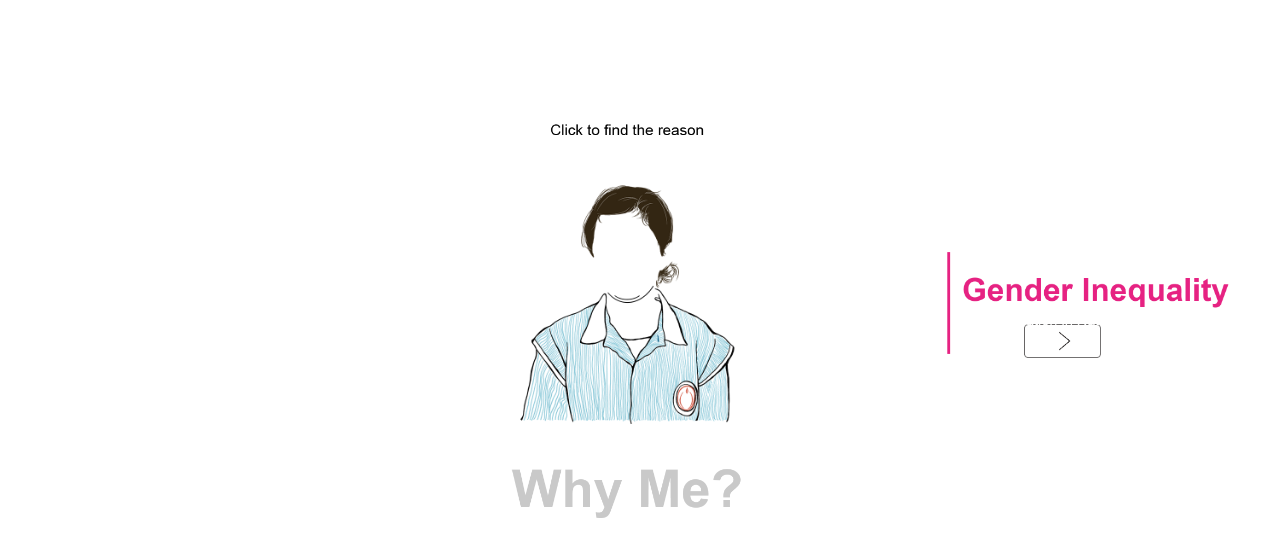
Repository: Lettie123/webpr4
Page: gen.html
An editor plug-in stored every save of this project. The page is shown before and after the next save, followed by the edit.
The browser window is 1280 px wide. The pictures show the whole page.

Above is the page before, as saved 2020-12-03 01:08:22.

### gen.html
<html>
    <head>
        <meta charset="UTF-8">
        <meta name="viewport" content="width=device-width,initial-scale=1" />
        <meta name="viewport" content="width=device-width,initial-scale=1.0,maximum-scale=1.0,user-scalable=no">
        <link rel="stylesheet" type="text/css" href="style06.css">

    </head>

    <body>

            <div id="t1" style= "width:12%; position:absolute; top: 17%; left: 43%;">
                <img src="txt/find.png" style="width:100% ;position:absolute; top:0%; left:0%;" >
            </div>

        <div>
        </div>
        <div id="whymegirl" style="width:20%; position:absolute; top:25%; left:0%;">
            <span>
                <img src="po/14.png" style="width:100% ;" >
            </span>
        </div>
        <div id="whyme"style="width:18%; position:absolute; top:69%; left:49%;">
            <span>
                <img src="txt/whyme0.png" style="width:100% ;" >
            </span>
        </div>
        <div id="chatb" style="display:none; width:27%; position:absolute; top:10%; left:7%;  ">
            <img src="reason/cbox.png" style="width:100%;" >
        </div>

        <div id="others" onclick="change3()" style="display: none; width: 13%; position: absolute; top: 66%; left:13%;">
            <img src="txt/others.png" style="width:100%;" >
        </div>
        <div id="begain" onclick="change0()" style="width:6%; position:absolute; top:45%; left:80%;">
            <img src="img/right.png" style="width:100%;">
        </div>


        <div id="block" style="display: none;">
            <span>
                <div id="r01" style="display: none;">
                <img src="reason/gen01.png" style="width:40% ;position:absolute; top:40%; left:13%;" >
                </div>
            </span>
        </div>
        <div id="blockb" style="display: none;"></div>
        <div id="block3">

        </div>
        <div id="TXT">
        <div id="txt1" style="position:absolute; top:10%; left:7.5%; width:26%; display:none;">
            <img src="txt/cgen01.png" style="width:100%;" >
        </div>
        <div id="txt2" style="position:absolute; top:10%; left:7.5%; width:14%; display:none;">
            <img src="txt/cgen02.png" style="width:100%;" >
        </div>
        <div id="txt3" style="position:absolute; top:10%; left:7.5%; width:26%; display:none;">
            <img src="txt/cgen03.png" style="width:100%;" >
        </div>
        </div>


        <div id="lmap" style="display:none;">
            <img src="pepic/lmap.png" style="width:18%; position:absolute; top:28%; left:50%;" >
        </div>

        <div id="gs" style="display:none;">
            <img src="pepic/girl1.png" style="width:13%; position:absolute; top:33%; left:50%;" >
        </div>
        <div id="gs1"  style="display:none;">
            <img src="pepic/girl.gif" style="width:13%; position:absolute; top:33%; left:50%;" >
        </div>


        <div id="block2" style="display:none; position:absolute; top:40%; left:75%; width:20%;">
            <img src="txt/leblaw.png" style="width:100%;" >
        </div>

        <div id="line1" style="display:none;"></div>

        <div id="why" onclick="change1()" style="display: none; width: 13%; position: absolute; top: 50%; left:13%;">
                <img src="txt/whybu.png" style="width:100%;" >
        </div>


        <div id="lmap2">
        </div>
        <div id="map"  style="display:none;">
            <!-- <img src="pepic/map.png" style="width:78%; position:absolute; top:-6%; left:0%;" >  -->
            <img src="map/01.png" style="width:9%; position:absolute; top:7.5%; left:3%;" >
            <img src="map/02.png" style="width:9%; position:absolute; top:7.5%; left:11%;">
            <img src="map/03.png" style="width:9%; position:absolute; top:7.5%; left:19%;">
            <img src="map/04.png" style="width:9%; position:absolute; top:7.5%; left:27%;">
            <img src="map/05.png" style="width:9%; position:absolute; top:7.5%; left:36%;">
            <img src="map/06.png" style="width:9%; position:absolute; top:7.5%; left:44%;">
            <img src="map/07.png" style="width:9%; position:absolute; top:7.5%; left:53%;">
            <img src="map/08.png" style="width:9%; position:absolute; top:32%; left:3%;">
            <img src="map/09.png" style="width:9%; position:absolute; top:32%; left:11%;">
            <img src="map/10.png" style="width:9%; position:absolute; top:32%; left:19%;">
            <img src="map/11.png" style="width:9%; position:absolute; top:32%; left:27%;">
            <img src="map/12.png" style="width:9%; position:absolute; top:32%; left:36%;">
            <img src="map/13.png" style="width:9%; position:absolute; top:32%; left:45%;">
            <img src="map/14.png" style="width:9%; position:absolute; top:32%; left:53%;">
            <img src="map/15.png" style="width:9%; position:absolute; top:55%; left:3%;">
            <img src="map/16.png" style="width:9%; position:absolute; top:55%; left:11%;">
            <img src="map/17.png" style="width:9%; position:absolute; top:55%; left:19%;">
            <img src="map/18.png" style="width:9%; position:absolute; top:55%; left:27%;">
            <img src="map/19.png" style="width:9%; position:absolute; top:55%; left:36%;">
            <img src="map/20.png" style="width:9%; position:absolute; top:55%; left:45%;">
            <img src="map/21.png" style="width:9%; position:absolute; top:55%; left:53%;">
            <img src="map/22.png" style="width:9%; position:absolute; top:78%; left:3%;">
            <img src="map/23.png" style="width:9%; position:absolute; top:78%; left:12%;">
            <img src="map/24.png" style="width:9%; position:absolute; top:77%; left:19%;">
            <img src="map/25.png" style="width:9%; position:absolute; top:78%; left:27%;">
        </div>


        <div id="bcross1" style="display:none;">
            <div id="cross01"
            onmouseenter="document.getElementById('info01').style.display='block';"
            onmouseout="document.getElementById('info01').style.display='none';">
            <img src="pepic/crossa.png" style="width:5%; position:absolute; top:10%; left:7%;" >
            </div>
            <div id="cross02"
            onmouseenter="document.getElementById('info02').style.display='block';"
            onmouseout="document.getElementById('info02').style.display='none';">
            <img src="pepic/crossa.png" style="width:5%; position:absolute; top:10%; left:19%;" >
            </div>
            <div id="cross03"
            onmouseenter="document.getElementById('info03').style.display='block';"
            onmouseout="document.getElementById('info03').style.display='none';">
                <img src="pepic/crossa.png" style="width:5%; position:absolute; top:10%; left:31%;" >
            </div>
            <div id="cross04"
            onmouseenter="document.getElementById('info04').style.display='block';"
            onmouseout="document.getElementById('info04').style.display='none';">
                <img src="pepic/crossa.png" style="width:5%; position:absolute; top:10%; left:43%;" >
            </div>
            <div id="cross05"
            onmouseenter="document.getElementById('info05').style.display='block';"
            onmouseout="document.getElementById('info05').style.display='none';">
                <img src="pepic/crossa.png" style="width:5%; position:absolute; top:10%; left:55%;" >
            </div>
            <div id="cross06"
            onmouseenter="document.getElementById('info06').style.display='block';"
            onmouseout="document.getElementById('info06').style.display='none';">
                <img src="pepic/crossa.png" style="width:5%; position:absolute; top:10%; left:67%;" >
            </div>
            <div id="cross07"
            onmouseenter="document.getElementById('info07').style.display='block';"
            onmouseout="document.getElementById('info07').style.display='none';">
                <img src="pepic/crossa.png" style="width:5%; position:absolute; top:10%; left:79%;" >
            </div>
            <div id="cross08"
            onmouseenter="document.getElementById('info08').style.display='block';"
            onmouseout="document.getElementById('info08').style.display='none';">
                <img src="pepic/crossa.png" style="width:5%; position:absolute; top:36%; left:7%;" >
            </div>
            <div id="cross09"
            onmouseenter="document.getElementById('info09').style.display='block';"
            onmouseout="document.getElementById('info09').style.display='none';">
                <img src="pepic/crossa.png" style="width:5%; position:absolute; top:36%; left:19%;" >
            </div>
            <div id="cross10"
            onmouseenter="document.getElementById('info10').style.display='block';"
            onmouseout="document.getElementById('info10').style.display='none';">
                <img src="pepic/crossa.png" style="width:5%; position:absolute; top:36%; left:31%;" >
            </div>
            <div id="cross11"
            onmouseenter="document.getElementById('info11').style.display='block';"
            onmouseout="document.getElementById('info11').style.display='none';">
                <img src="pepic/crossa.png" style="width:5%; position:absolute; top:36%; left:43%;" >
            </div>
            <div id="cross12"
            onmouseenter="document.getElementById('info12').style.display='block';"
            onmouseout="document.getElementById('info12').style.display='none';">
                <img src="pepic/crossa.png" style="width:5%; position:absolute; top:36%; left:55%;" >
            </div>
            <div id="cross13"
            onmouseenter="document.getElementById('info13').style.display='block';"
            onmouseout="document.getElementById('info13').style.display='none';">
                <img src="pepic/crossa.png" style="width:5%; position:absolute; top:36%; left:67%;" >
            </div>

            <div id="cross14"
            onmouseenter="document.getElementById('info14').style.display='block';"
            onmouseout="document.getElementById('info14').style.display='none';">
            <img src="pepic/crossa.png" style="width:5%; position:absolute; top:36%; left:79%;" >
            </div>

            <div id="cross15"
            onmouseenter="document.getElementById('info15').style.display='block';"
            onmouseout="document.getElementById('info15').style.display='none';">
                <img src="pepic/crossa.png" style="width:5%; position:absolute; top:59%; left:7%;" >
            </div>
            <div id="cross16"
            onmouseenter="document.getElementById('info16').style.display='block';"
            onmouseout="document.getElementById('info16').style.display='none';">
                <img src="pepic/crossa.png" style="width:5%; position:absolute; top:59%; left:19%;" >
            </div>
            <div id="cross17"
            onmouseenter="document.getElementById('info17').style.display='block';"
            onmouseout="document.getElementById('info17').style.display='none';">
                <img src="pepic/crossa.png" style="width:5%; position:absolute; top:59%; left:31%;" >
            </div>
            <div id="cross18"
            onmouseenter="document.getElementById('info18').style.display='block';"
            onmouseout="document.getElementById('info18').style.display='none';">
                <img src="pepic/crossa.png" style="width:5%; position:absolute; top:59%; left:43%;" >
            </div>
            <div id="cross19"
            onmouseenter="document.getElementById('info19').style.display='block';"
            onmouseout="document.getElementById('info19').style.display='none';">
                <img src="pepic/crossa.png" style="width:5%; position:absolute; top:59%; left:55%;" >
            </div>
            <div id="cross20"
            onmouseenter="document.getElementById('info20').style.display='block';"
            onmouseout="document.getElementById('info20').style.display='none';">
                <img src="pepic/crossa.png" style="width:5%; position:absolute; top:59%; left:67%;" >
            </div>
            <div id="cross21"
            onmouseenter="document.getElementById('info21').style.display='block';"
            onmouseout="document.getElementById('info21').style.display='none';">
                <img src="pepic/crossa.png" style="width:5%; position:absolute; top:59%; left:79%;" >
            </div>
            <div id="cross22"
            onmouseenter="document.getElementById('info22').style.display='block';"
            onmouseout="document.getElementById('info22').style.display='none';">
                <img src="pepic/crossa.png" style="width:5%; position:absolute; top:82%; left:7%;" >
            </div>
            <div id="cross23"
            onmouseenter="document.getElementById('info23').style.display='block';"
            onmouseout="document.getElementById('info23').style.display='none';">
                <img src="pepic/crossa.png" style="width:5%; position:absolute; top:82%; left:19%;" >
            </div>
            <div id="cross24"
            onmouseenter="document.getElementById('info24').style.display='block';"
            onmouseout="document.getElementById('info24').style.display='none';">
                <img src="pepic/crossa.png" style="width:5%; position:absolute; top:82%; left:31%;" >
            </div>
            <div id="cross25"
            onmouseenter="document.getElementById('info25').style.display='block';"
            onmouseout="document.getElementById('info25').style.display='none';">
                <img src="pepic/crossa.png" style="width:5%; position:absolute; top:82%; left:43%;" >
            </div>
        </div>



        <div id="info" >
            <div id="info01" style="width:18%;position:absolute; top:12%; left:8.6%; display:none;" >
                <img src="info/01.png" style="width:100%;" >
            </div>
            <div id="info02" style="width:18%; position:absolute; top:12%; left:17%; display:none;" >
                <img src="info/02.png" style="width:100%;" >
            </div>
            <div id="info03" style="width:18%; position:absolute; top:12%; left:25%; display:none;" >
                <img src="info/03.png" style="width:100%;" >
            </div>
            <div id="info04" style="width:18%; position:absolute; top:12%; left:33%; display:none;" >
                <img src="info/04.png" style="width:100%;" >
            </div>
            <div id="info05" style="width:18%; position:absolute; top:12%; left:42%; display:none;" >
                <img src="info/05.png" style="width:100%;" >
            </div>
            <div id="info06" style="width:18%; position:absolute; top:12%; left:50%; display:none;" >
                <img src="info/06.png" style="width:100%;" >
            </div>
            <div id="info07" style="width:18%; position:absolute; top:12%; left:58%; display:none;" >
                <img src="info/07.png" style="width:100%;" >
            </div>
            <div id="info08" style="width:18%; position:absolute; top:38%; left:8.6%;display:none;" >
                <img src="info/08.png" style="width:100%;" >
            </div>
            <div id="info09" style="width:18%; position:absolute; top:38%; left:17%; display:none;" >
                <img src="info/09.png" style="width:100%;" >
            </div>
            <div id="info10" style="width:18%; position:absolute; top:38%; left:25%; display:none;" >
                <img src="info/10.png" style="width:100%;" >
            </div>
            <div id="info11" style="width:18%; position:absolute; top:38%; left:33%; display:none;" >
                <img src="info/11.png" style="width:100%;" >
            </div>
            <div id="info12" style="width:18%; position:absolute; top:38%; left:42%; display:none;" >
                <img src="info/12.png" style="width:100%;" >
            </div>
            <div id="info13" style="width:18%; position:absolute; top:38%; left:50%; display:none;" >
                <img src="info/13.png" style="width:100%;" >
            </div>
            <div id="info14" style="width:18%; position:absolute; top:38%; left:58%; display:none;" >
                <img src="info/14.png" style="width:100%;" >
            </div>
            <div id="info15" style="width:18%; position:absolute; top:61%; left:8.6%; display:none;" >
                <img src="info/15.png" style="width:100%;" >
            </div>
            <div id="info16" style="width:18%; position:absolute; top:61%; left:17%; display:none;" >
                <img src="info/16.png" style="width:100%;" >
            </div>
            <div id="info17" style="width:18%; position:absolute; top:61%; left:25%; display:none;" >
                <img src="info/17.png" style="width:100%;" >
            </div>
            <div id="info18" style="width:18%; position:absolute; top:61%; left:33%; display:none;" >
                <img src="info/18.png" style="width:100%;" >
            </div>
            <div id="info19" style="width:18%; position:absolute; top:61%; left:41%; display:none;" >
                <img src="info/19.png" style="width:100%;" >
            </div>
            <div id="info20" style="width:18%; position:absolute; top:61%; left:49%; display:none;" >
                <img src="info/20.png" style="width:100%;" >
            </div>
            <div id="info21" style="width:18%; position:absolute; top:61%; left:57%; display:none;" >
                <img src="info/21.png" style="width:100%;" >
            </div>
            <div id="info22" style="width:18%; position:absolute; top:84%; left:8.6%;display:none;" >
                <img src="info/22.png" style="width:100%;" >
            </div>
            <div id="info23" style="width:18%;  position:absolute; top:84%; left:17%; display:none;" >
                <img src="info/23.png" style="width:100%;" >
            </div>
            <div id="info24" style="width:18%; position:absolute; top:84%; left:25%; display:none;" >
                <img src="info/24.png" style="width:100%;" >
            </div>
            <div id="info25" style="width:18%; position:absolute; top:84%; left:33%; display:none;" >
                <img src="info/25.png" style="width:100%;" >
            </div>
        </div>

        <div id="gens01" style="width: 22%; position:absolute; top:13%; left:74%">
            <img src="txt/gens01.png" style="width:100%;" >
        </div>
        <div id="gens02" style="width: 22%; position:absolute; top:35%; left:74%">
            <img src="txt/gens0.png" style="width:100%;" >
        </div>

        <div id="gender01" style="display:none; width:30%; height:100%; top:45%; left:80%;" >

            <h2 style="font-size:16px; font-weight:normal; line-height: 20px; color: #ffffff; position:absolute; top:42%; left:16%; text-align: justify; ">
                Dincrimination in National laws
            </h2>
            <h3 style="font-size:16px; font-weight:normal; line-height: 24px; color: #ffffff; position:absolute; top:60%; left:15%; text-align: justify;  ">
                Discrimination on gender in nationality laws means not granting women equality with men in conferring nationality to their children.
            </h3>

            <h4 style="font-size:16px; font-style:italic;font-weight:normal; line-height: 24px; color: #ffffff; position:absolute; top:75%; left:15%; text-align: justify;  ">
                Hover on the maps to see the detail.
            </h4>
        </div>


        <div id="gender01b" style="display:none;" >
            <div id="line02"></div>
            <h1 style="font-size:36px; font-weight:bold; line-height: 20px; color: #E62281; position:absolute; top:34%; left:15%; ">
                Gender Inequality
            </h1>
            <h2 style="font-size:16px; font-weight:normal; line-height: 20px; color: #ffffff; position:absolute; top:42%; left:16%; text-align: justify; ">
                Dincrimination in National laws
            </h2>
            <h3 style="font-size:16px; font-weight:normal; line-height: 24px; color: #ffffff; position:absolute; top:60%; left:15%; text-align: justify;  ">
                Discrimination on gender in nationality laws means not granting women equality with men in conferring nationality to their children.
            </h3>
            <h4 style="font-size:16px; font-weight:normal; line-height: 24px; color: #ffffff; position:absolute; top:13%; left:15%; text-align: justify;  ">
                <span>25</span> countries have unequal national laws about conferring nationality.
            </h4>
            <h4 style="font-size:16px; font-style:italic;font-weight:normal; line-height: 24px; color: #ffffff; position:absolute; top:75%; left:15%; text-align: justify;  ">
                Hover on the maps to see the detail.
            </h4>
        </div>

        <div id="gender02"  style="display: none;" >
            <div id="line02"></div>
            <h1 style="font-size:30px; font-weight:bold; line-height: 20px; color: #E62281; position:absolute; top:34%; left:15%; ">
                Born Stateless Baby
            </h1>
            <h2 style="font-size:16px; font-weight:normal; line-height: 20px; color: #ffffff; position:absolute; top:42%; left:16%; text-align: justify; ">
                The gender inequality is the main cause of  born  stateless baby.
            </h2>
            <h3 style="font-size:16px; font-weight:normal; line-height: 24px; color: #ffffff; position:absolute; top:60%; left:15%; text-align: justify;  ">
                Over <span>7,000</span>stateless children born in the 20 major reported countries each year. A child born stateless every 10 minutes in the world.
            </h3>
            <h4 style="font-size:16px; font-weight:normal; line-height: 24px; color: #ffffff; position:absolute; top:13%; left:15%; text-align: justify;  ">
                <span>48%</span> of the stateless people were children in 2019
            </h4>
        </div>
            <div id="line1b" style="display: none;"></div>

            <div id="result"  style="display:none;"  onclick="change4()">
            <div style="position: absolute; top:18%; left:21%; width:260px; color:white"> Results?</div>
            <img src="img/down1.png" style="width:6%;position: absolute; top:32%; left:60% " >
            </div>

            <div id="children"  style="display:none;" >
                <img src="pepic/children.png" style="width:40%;" >
            </div>

            <div id="next"   style="display:none;" onclick="change5()">
            <div style="position: absolute; top:18%; left:30%; width:260px; color:white"> Next?</div>
            <img src="img/down1.png" style="width:6%;position: absolute; top:32%; left:60% " >
            </div>

            <!-- <div id="begain" onclick="change0()" >
                <img src="pepic/begain.png" style="width:20%; position: absolute; top:23%; left:60%;">
            </div>  -->

        <script>
            function change5(){
            window.location.href="dis.html";
            }
            function change4(){
            document.getElementById("map").style.display="none";
            document.getElementById("bcross1").style.display="none";
            document.getElementById("line1").style.display="none";
            document.getElementById("children").style.display="block";
            document.getElementById("gender01b").style.display="block";
            document.getElementById("gender01").style.display="none";
            document.getElementById("result").style.display="none";
            document.getElementById("gender02").style.display="block";
            document.getElementById("line1b").style.display="block";
            document.getElementById("next").style.display="block";
            }
            function change3(){
            document.getElementById("block2").style.display="none";
            document.getElementById("block").style.display="none";
            document.getElementById("blockb").style.display="block";
            document.getElementById("block3").style.WebkitAnimationPlayState = "running";
            document.getElementById("lmap").style.display="none";
            document.getElementById("gs1").style.display="none";
            document.getElementById("map").style.display="block";
            document.getElementById("result").style.display="block";
            document.getElementById("bcross1").style.display="block";
            document.getElementById("gender01").style.display="block";
            document.getElementById("line1").style.display="block";
            }

            function change2(){
            document.getElementById("r01").style.display="none";
            document.getElementById("lmap").style.display="block";
            document.getElementById("txt3").style.display="block";
            document.getElementById("txt2").style.display="none";
            document.getElementById("block2").style.display="block";
            document.getElementById("gs").style.display="none";
            document.getElementById("gs1").style.display="block";
            document.getElementById("why").style.display="none";
            document.getElementById("others").style.display="block";
            document.getElementById("why").onclick=change3;
            }
            function change1(){
            document.getElementById("r01").style.WebkitAnimationPlayState = "running";
            document.getElementById("txt2").style.display="block";
            document.getElementById("txt1").style.display="none";
            document.getElementById("gs").style.display="block";
            document.getElementById("why").onclick=change2;
            }
            function change0(){
            document.getElementById("whymegirl").style.WebkitAnimationPlayState = "running";
            document.getElementById("block").style.display="block";
            document.getElementById("chatb").style.display="block";
            document.getElementById("whyme").style.display="none";
            document.getElementById("r01").style.display="block";
            document.getElementById("txt1").style.display="block";
            document.getElementById("t1").style.display="none";
            document.getElementById("why").style.display="block";
            }
        </script>
    </body>

Loaded but not shown: style06.css (465 lines, source omitted)

After the next save:
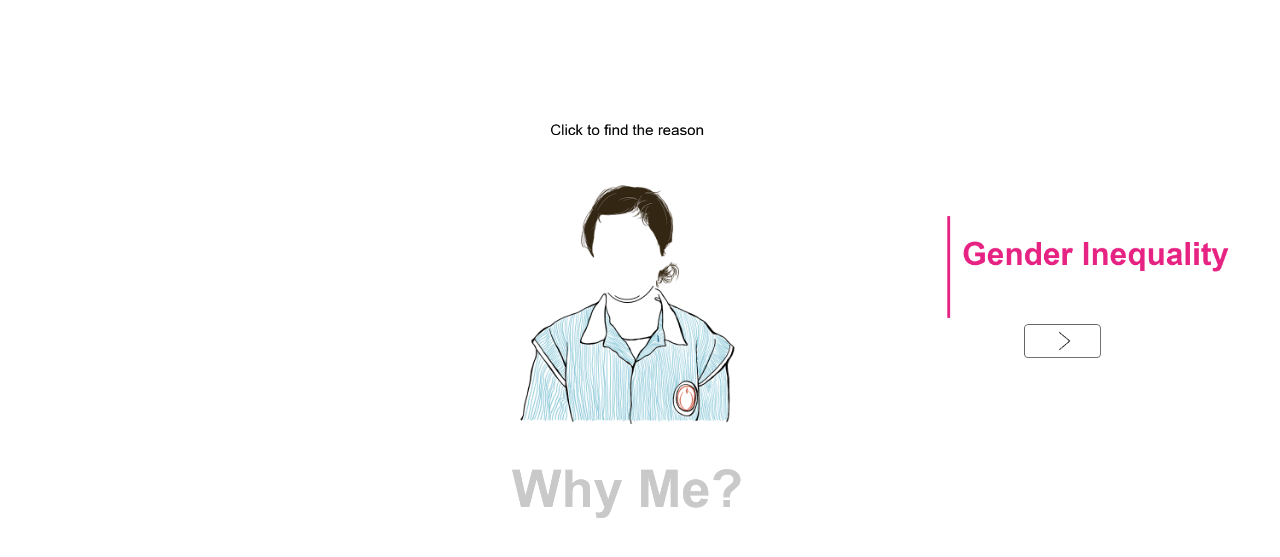
Saved 7 s later.
--- a/gen.html
+++ b/gen.html
@@ -329,7 +329,7 @@
         <div id="gens01" style="width: 22%; position:absolute; top:13%; left:74%">
             <img src="txt/gens01.png" style="width:100%;" >
         </div>
-        <div id="gens02" style="width: 22%; position:absolute; top:35%; left:74%">
+        <div id="gens02" style="width: 22%; position:absolute; top:30%; left:74%">
             <img src="txt/gens0.png" style="width:100%;" >
         </div>
 
